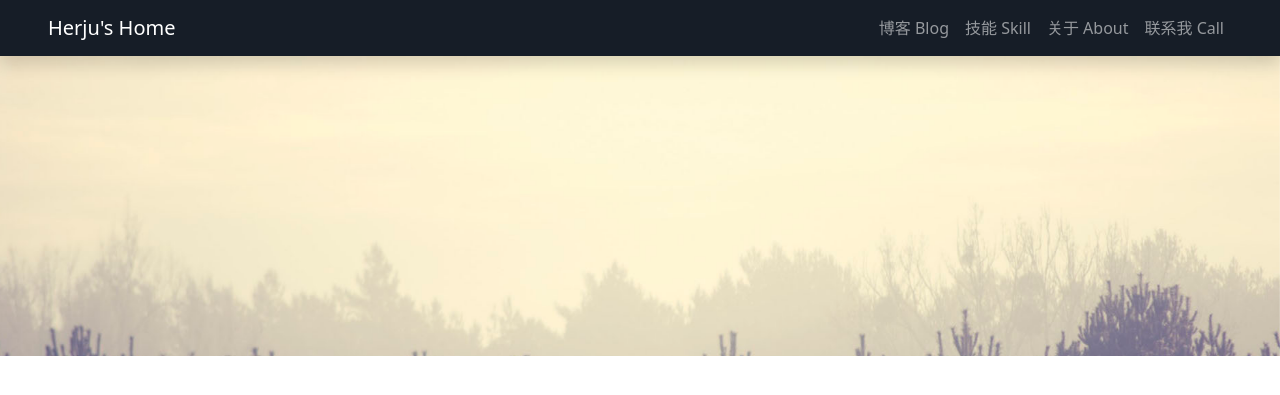
Repository: herjuandlonely/github.io
Page: index-blog.html
These files come from the project's save history. The page is drawn as it stood at one moment and after the next save; the edit follows.
The browser window is 1280 px wide. The pictures show the whole page.

Above is the page before, as saved 2022-06-29 17:45:38.
Console error: TypeError: Cannot read properties of undefined (reading 'children')

### index-blog.html
<!DOCTYPE html>
<html lang="en">
<head>
    <meta charset="UTF-8">
    <meta http-equiv="X-UA-Compatible" content="IE=edge">
    <meta name="viewport" content="width=device-width, initial-scale=1.0">
    <link rel="stylesheet" href="./bootstrap-4.6.1-dist/css/bootstrap.min.css">
    <link rel="stylesheet" href="./CSS/index-blog.css">
    <link rel="stylesheet" href="./CSS/normalize.css">
    <link rel="stylesheet" href="./icon/font_3484823_t6q6q64gri/iconfont.css">
    <script src="./bootstrap-4.6.1-dist/js/bootstrap.bundle.min.js"></script>
    <title>何亚Herju- Blog -抛弃35岁员工是一种罪</title>
</head>
<body>
    <!-- nav start -->
    <div class="container-fluid sticky-top px-0 shadow">
        <nav class="navbar navbar-expand-md navbar-dark navbarBg">
            <div class="container-fluid px-4">
                <a class="navbar-brand ms-4" herf="https://herjuandlonely.github.io/github.io/">
                    Herju's Home
                </a>
                <button class="navbar-toggler" data-bs-toggle="collapse" data-bs-target="#foldBtn">
                    <span class="navbar-toggler-icon"></span>
                </button>
                <div class="collapse navbar-collapse" id="foldBtn">
                    <ul class="navbar-nav ms-auto me-4">
                        <li class="nav-item text-center">
                            <a class="nav-link fw-lighter" href="index.html#bk">博客 Blog</a>
                        </li>
                        <li class="nav-item text-center">
                            <a class="nav-link fw-lighter" href="index.html#jn">技能 Skill</a>
                        </li>
                        <li class="nav-item text-center">
                            <a class="nav-link fw-lighter" href="index.html#ab">关于 About</a>
                        </li>
                        <li class="nav-item text-center">
                            <a class="nav-link fw-lighter" href="index.html#lx">联系我 Call</a>
                        </li>
                    </ul>
                </div>
            </div>
        </nav>
    </div>
    <!-- nav end -->

    <!-- baneer start -->
    <div class="banner"></div>
    <!-- baneer start -->

    <script src="./JS/index-blog.js"></script>
</body>
</html>

### CSS/index-blog.css
.navbarBg{
    background-color: #161d27;
}
.banner{
    background: url(../image/overlay-bg.jpg) no-repeat center center;
    height: 300px;
    background-attachment: fixed;
    background-size: cover;
}

### icon/font_3484823_t6q6q64gri/iconfont.css
@font-face {
  font-family: "iconfont"; /* Project id 3484823 */
  src: url('iconfont.woff2?t=1656149880118') format('woff2'),
       url('iconfont.woff?t=1656149880118') format('woff'),
       url('iconfont.ttf?t=1656149880118') format('truetype');
}

.iconfont {
  font-family: "iconfont" !important;
  font-size: 16px;
  font-style: normal;
  -webkit-font-smoothing: antialiased;
  -moz-osx-font-smoothing: grayscale;
}

.icon-QQ:before {
  content: "\e882";
}

.icon-weixin:before {
  content: "\e8bb";
}

### JS/index-blog.js
(function(){
    const myBlog = {
        $: (ele) => {
            return document.querySelectorAll(ele);
        },
        "isHide": function () {
            let oldScrollTop = 0;
            let isHide = this.$('.navbarControl')[0];
            const navbarCli = this.$('.navbarCli')[0].children;

            function scrollHide () {
                let scrollTop = window.pageYOffset || this.document.documentElement.scrollTop || this.document.body.scrollTop;
                let scrollSet = scrollTop - oldScrollTop;
                oldScrollTop = scrollTop;
                if (scrollSet < 0) {
                    isHide.classList.remove('showAndHide');
                } else {
                    isHide.classList.add('showAndHide');
                    foldBtn.classList.remove('show');
                }
            }

            window.addEventListener("scroll", scrollHide);

            for (let i = 0; i < navbarCli.length; i++) {
                navbarCli[i].onclick = function () {
                    window.removeEventListener("scroll", scrollHide);
                    isHide.classList.add('showAndHide');
                    foldBtn.classList.remove('show');
                    setTimeout(() => {
                        window.addEventListener("scroll", scrollHide);
                    }, 800)
                };
            };
        }
    }

    myBlog.isHide();
})()

Loaded but not shown: bootstrap-4.6.1-dist/css/bootstrap.min.css (library); CSS/normalize.css (library); bootstrap-4.6.1-dist/js/bootstrap.bundle.min.js (library)

After the next save:
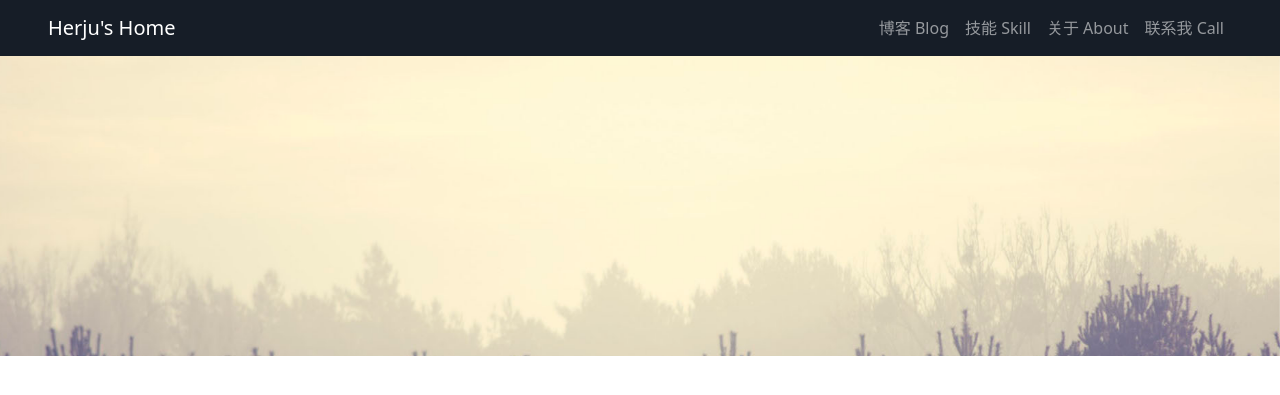
The error is gone.
Saved 54 s later.
--- a/index-blog.html
+++ b/index-blog.html
@@ -13,28 +13,28 @@
 </head>
 <body>
     <!-- nav start -->
-    <div class="container-fluid sticky-top px-0 shadow">
+    <div class="container-fluid px-0 shadow navbarControl">
         <nav class="navbar navbar-expand-md navbar-dark navbarBg">
             <div class="container-fluid px-4">
-                <a class="navbar-brand ms-4" herf="https://herjuandlonely.github.io/github.io/">
+                <a class="navbar-brand ms-4" herf="#">
                     Herju's Home
                 </a>
                 <button class="navbar-toggler" data-bs-toggle="collapse" data-bs-target="#foldBtn">
                     <span class="navbar-toggler-icon"></span>
                 </button>
                 <div class="collapse navbar-collapse" id="foldBtn">
-                    <ul class="navbar-nav ms-auto me-4">
+                    <ul class="navbar-nav ms-auto me-4 navbarCli">
                         <li class="nav-item text-center">
-                            <a class="nav-link fw-lighter" href="index.html#bk">博客 Blog</a>
+                            <a class="nav-link fw-lighter" href="#bk">博客 Blog</a>
                         </li>
                         <li class="nav-item text-center">
-                            <a class="nav-link fw-lighter" href="index.html#jn">技能 Skill</a>
+                            <a class="nav-link fw-lighter" href="#jn">技能 Skill</a>
                         </li>
                         <li class="nav-item text-center">
-                            <a class="nav-link fw-lighter" href="index.html#ab">关于 About</a>
+                            <a class="nav-link fw-lighter" href="#ab">关于 About</a>
                         </li>
                         <li class="nav-item text-center">
-                            <a class="nav-link fw-lighter" href="index.html#lx">联系我 Call</a>
+                            <a class="nav-link fw-lighter" href="#lx">联系我 Call</a>
                         </li>
                     </ul>
                 </div>
